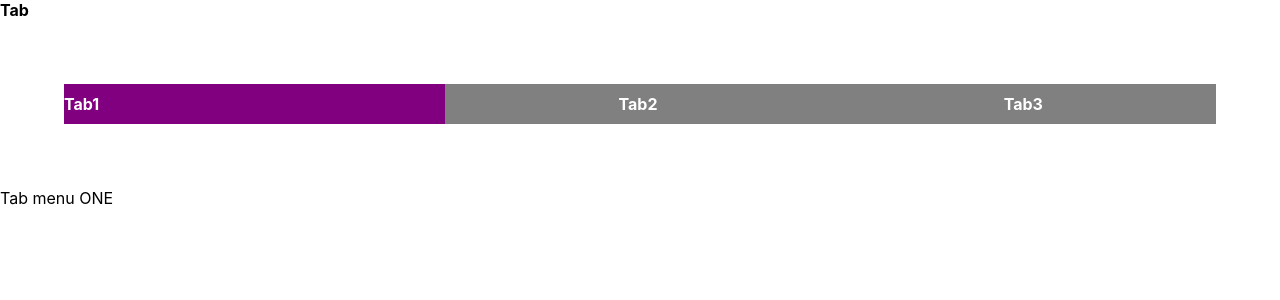
Repository: janghwahyun/wanted_pre_onboarding
Page: /Tab
An editor plug-in stored every save of this project. The page is shown before and after the next save, followed by the edit.
The browser window is 1280 px wide. The pictures show the whole page.
The project was rebuilt for these pictures with package versions that can differ from the ones it lists, and the page was loaded fresh each time. Also part of the build but not shown: src/component/ClickToEdit.js, src/component/Modal.js, src/component/Tag.js, src/component/Toggle.js.

Above is the page before, as saved 2022-02-11 15:36:55.

After the next save:
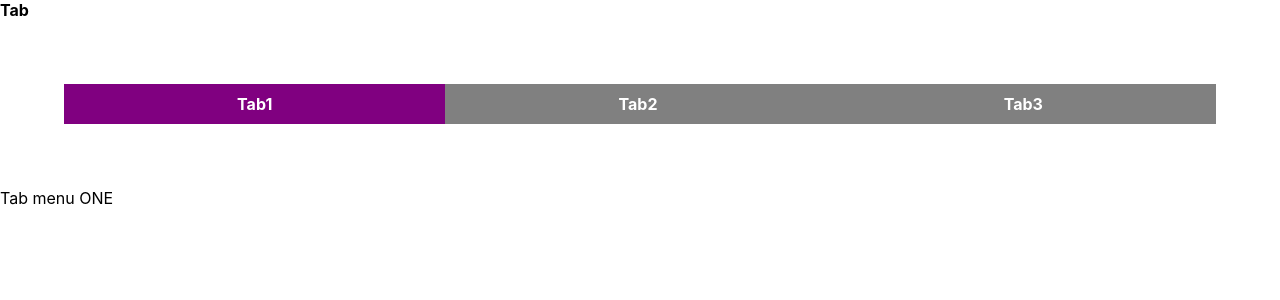
Saved 15 s later.
--- a/src/component/Tab.js
+++ b/src/component/Tab.js
@@ -44,12 +44,12 @@ const TabMenu = styled.li`
   height: 40px;
 
   .isMenu {
-    text-align: center;
     display: flex;
     background-color: purple;
     color: white;
     height: 100%;
     align-items: center;
+    justify-content: center;
     transition: 1s;
     flex-grow: 1;
   }
